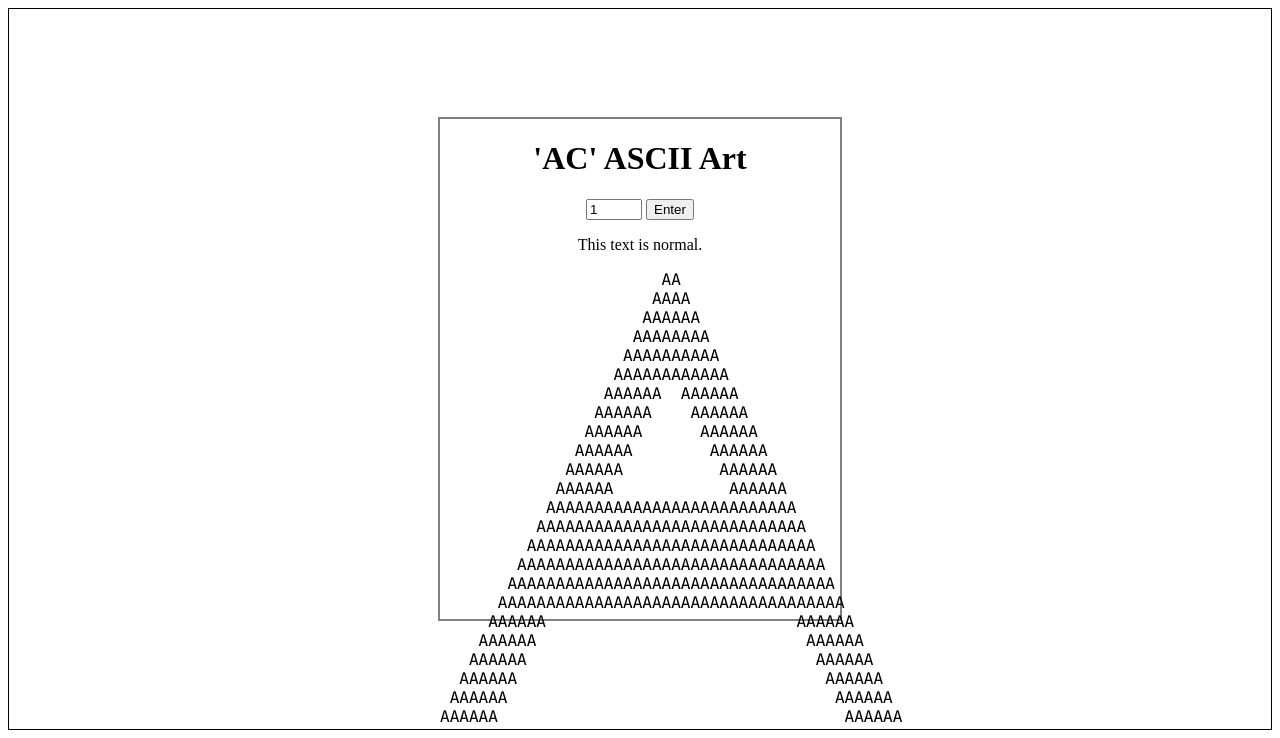
Repository: Achorn/ascii-art
Page: index.html
The author's editor kept a copy of each file at every save. The page is drawn from the files as they stood at one save, then again after the next save.
The browser window is 1280 px wide. The pictures show the whole page.

Above is the page before, as saved 2021-08-09 17:25:20.

After the next save:
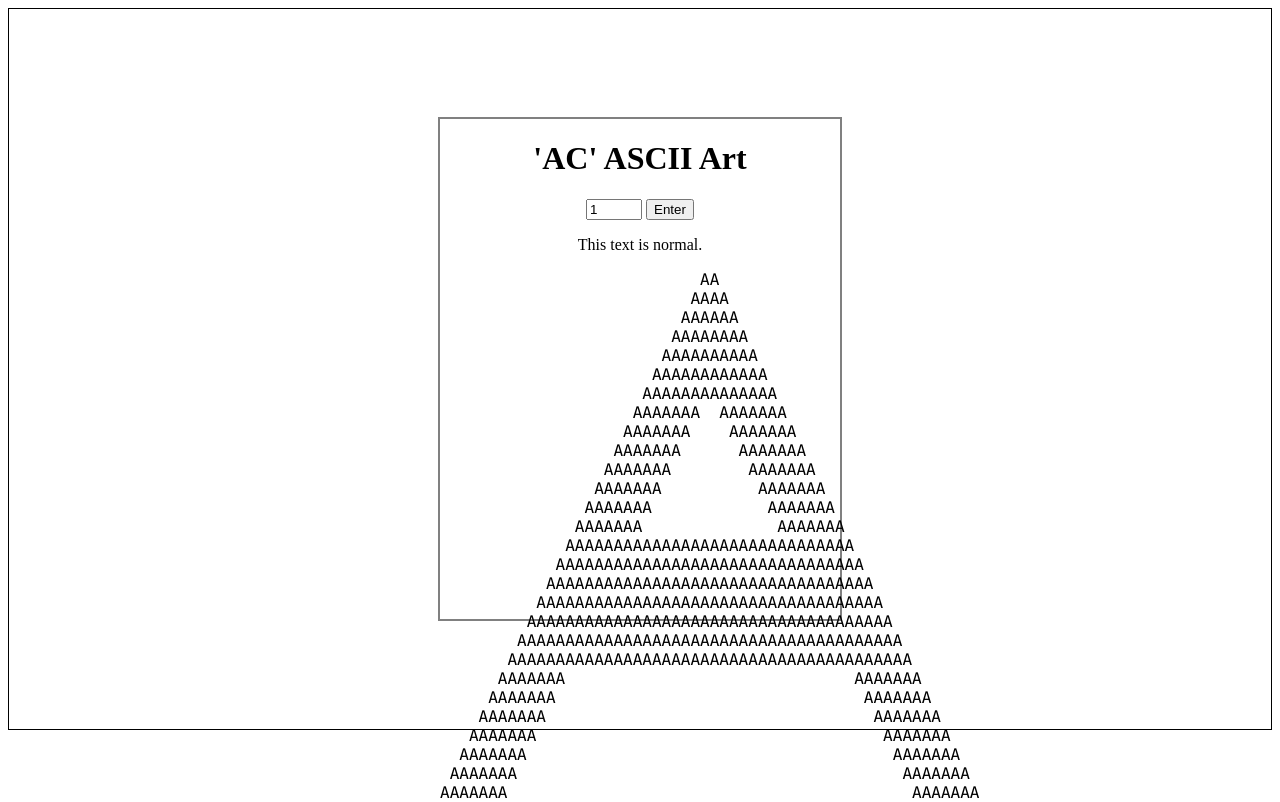
Saved 11 s later.
--- a/myscripts.js
+++ b/myscripts.js
@@ -198,8 +198,8 @@ function trimA(arr, lWidth) {
 }
 
 let mono = document.getElementById("mono");
-let scaled = scaleSpread(four, 6);
-trimA(scaled, 6);
+let scaled = scaleSpread(four, 7);
+trimA(scaled, 7);
 
 // mono.innerHTML = arrToString(scaleSpread(four, 3));
 mono.innerHTML = halfArrToString(scaled);
